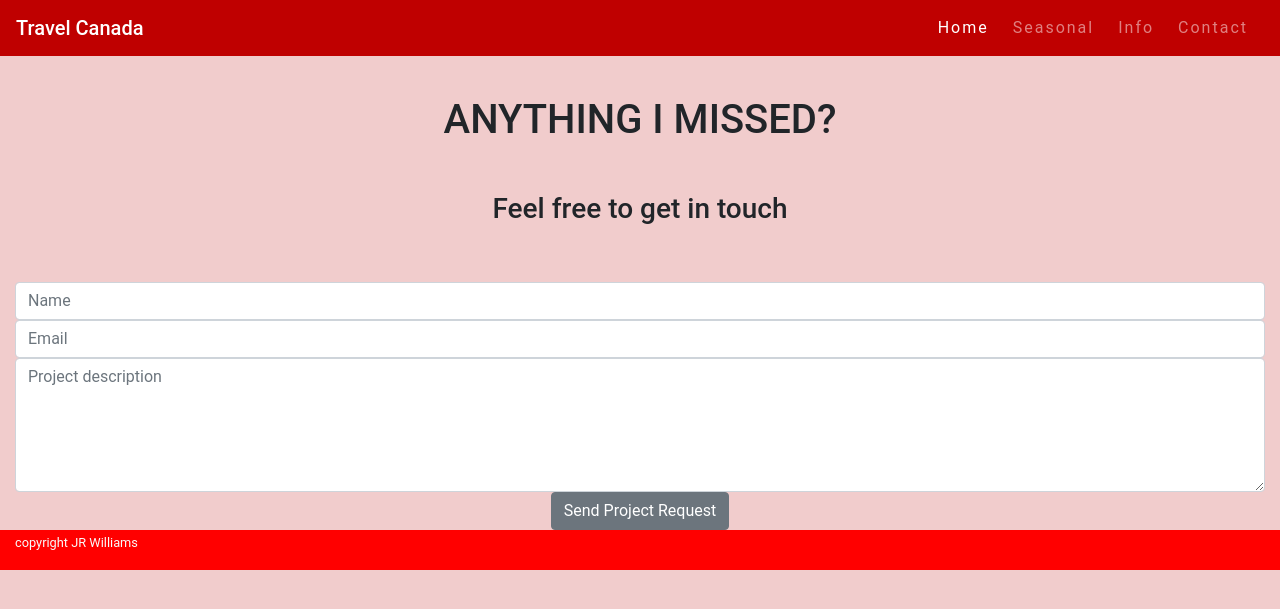
Repository: JonWil91/Travel-Canada
Page: contact.html
The author's editor kept a record of every edit. The page is drawn from the files as they stood at one moment, then again after the next edit.
The browser window is 1280 px wide. The pictures show the whole page.
Some web libraries are served in a nearby version.

Above is the page before.

After the next edit:
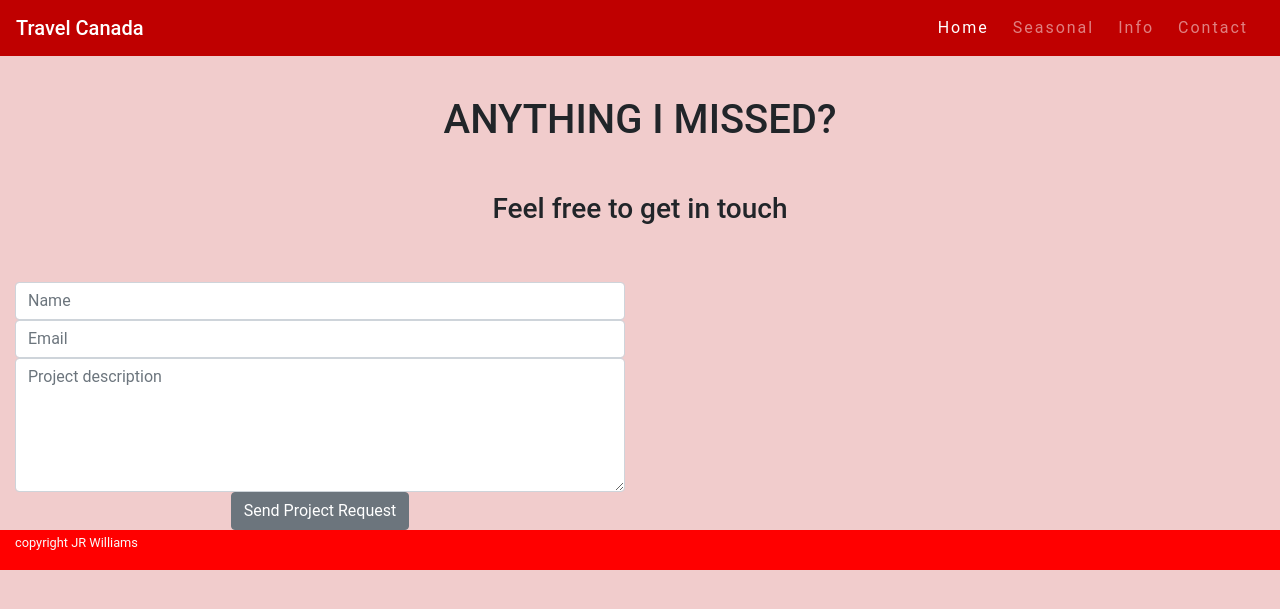
The edit:
--- a/contact.html
+++ b/contact.html
@@ -49,6 +49,8 @@
         </div>
 
         <div class="container-fluid">
+            <div class="row">
+                <div class="col-md-6">
             <div class="center-form">
                 <form>
                     <input type="text" name="name" id="fullname" class="form-control" placeholder="Name" required />
